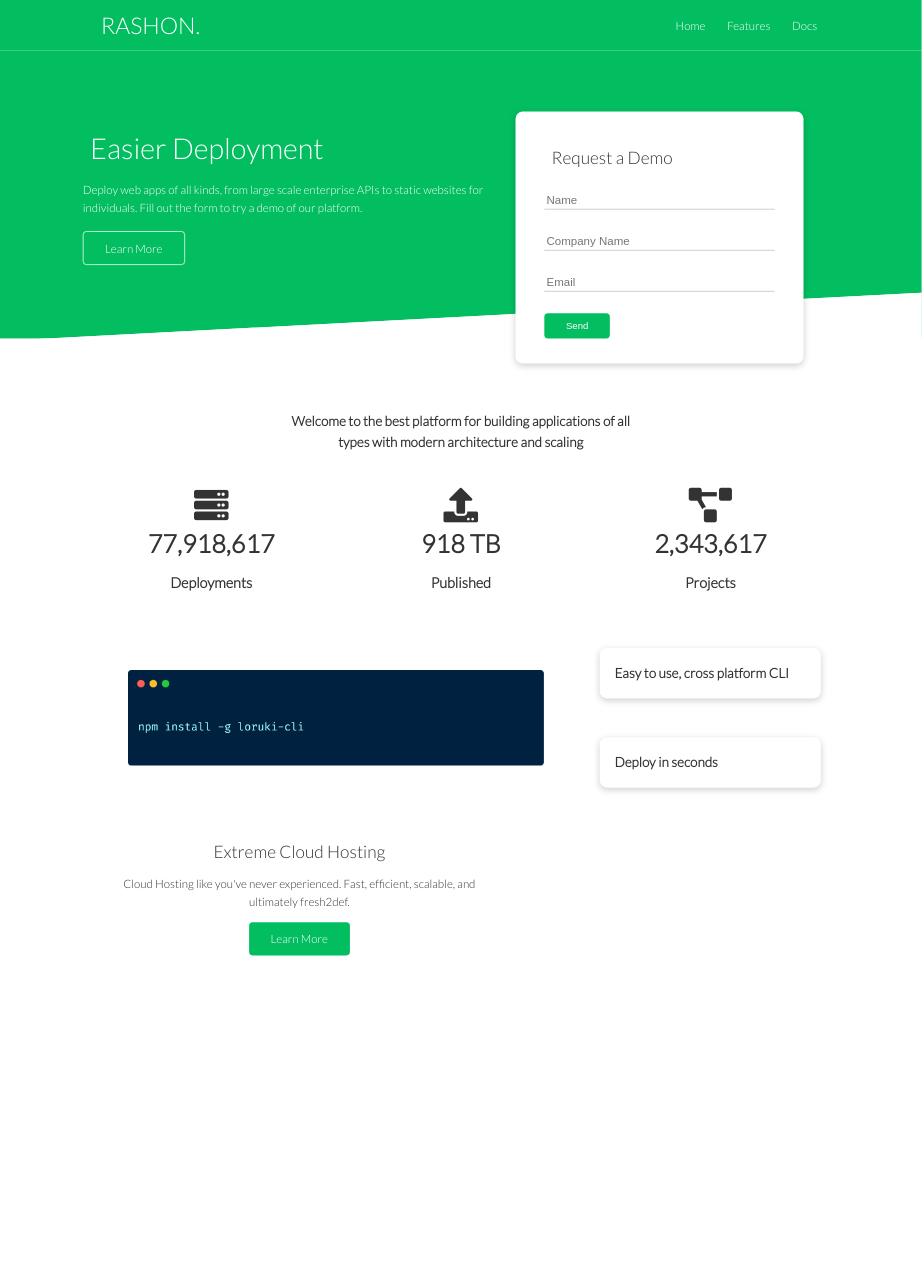
Repository: Skilis/website-modern
Page: index.html
The author's editor kept a copy of each file at every save. The page is drawn from the files as they stood at one save, then again after the next save.
The browser window is 1280 px wide. The pictures show the whole page, at 72% of full size.

Above is the page before, as saved 2020-10-23 15:13:32.

After the next save:
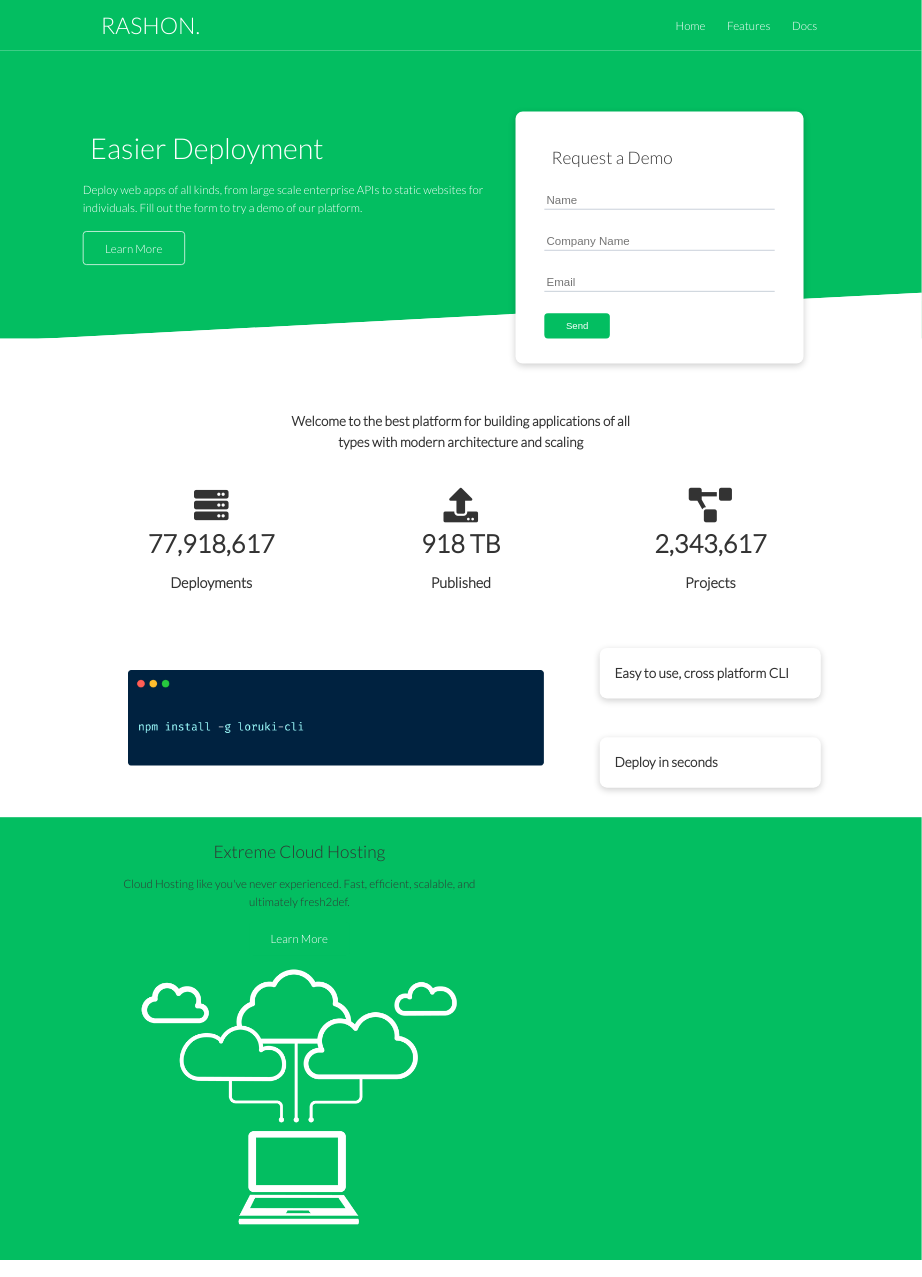
Saved 66 s later.
--- a/css/utilities.css
+++ b/css/utilities.css
@@ -33,7 +33,12 @@
   transform: scale(.98);
 }
 
-/*  */
+/* Backgrounds & Colored Buttons */
+
+.bg-primary,
+.btn-primary {
+  background-color: var(--primary-color);
+}
 
 .text-center {
   text-align: center;
